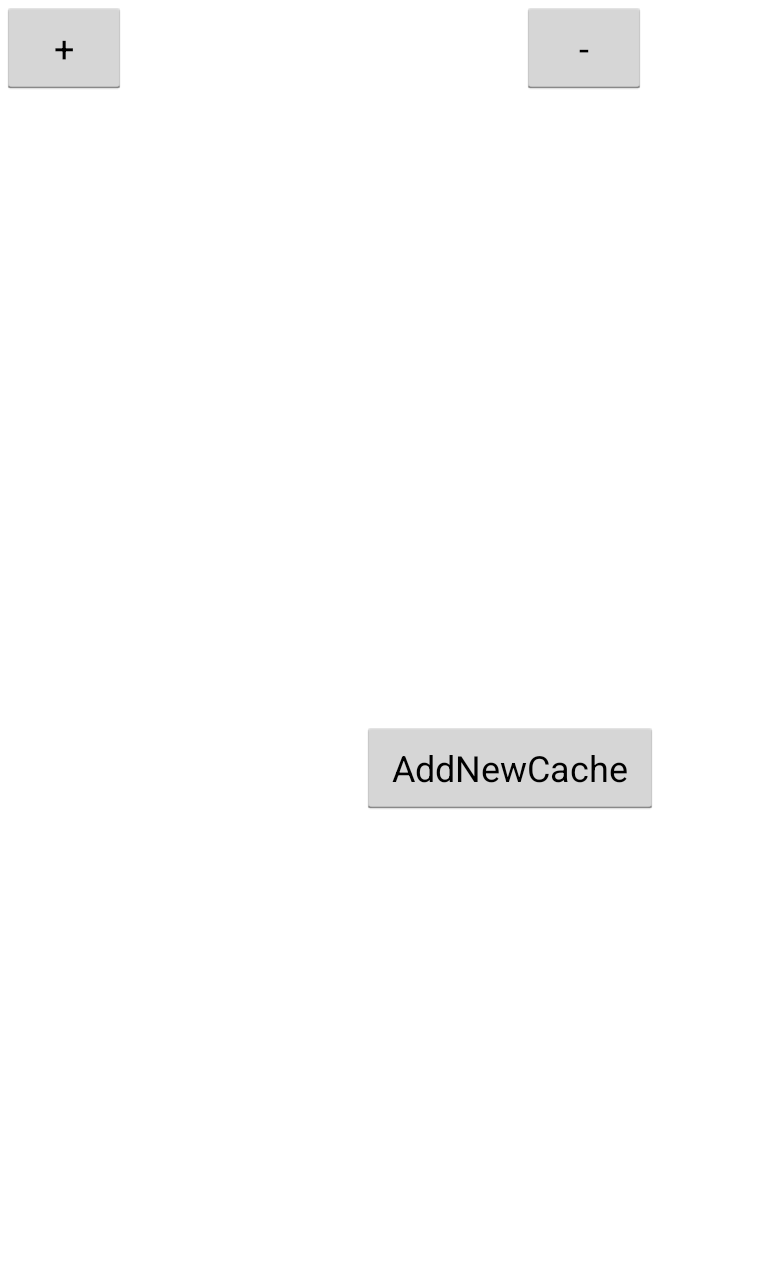
Repository: mpdehnel/seg
Layout: VectorOne/res/layout/activity_radar.xml
An editor plug-in stored every save of this project. The layout is shown before and after the next save, followed by the edit.
It is drawn on a 768 x 1280 px phone screen (xhdpi) without system bars, with theme AppTheme; the app's code is not run.

Above is the layout before, as saved 2013-03-09 16:54:27.

### VectorOne/res/layout/activity_radar.xml
<?xml version="1.0" encoding="utf-8"?>
<FrameLayout xmlns:android="http://schemas.android.com/apk/res/android"
    android:id="@+id/radar_preview"
    android:layout_width="match_parent"
    android:layout_height="match_parent" >

    <Button
        android:id="@+id/radar_zoomin"
        android:layout_width="wrap_content"
        android:layout_height="wrap_content"
        android:text="+" />

    <Button
        android:id="@+id/radar_zoomout"
        android:layout_width="wrap_content"
        android:layout_height="wrap_content"
        android:layout_marginLeft="260dp"
        android:text="-" />

    <Button
        android:id="@+id/addnewCachRadar"
        android:layout_width="150dp"
        android:layout_height="wrap_content"
        android:layout_marginLeft="180dp"
        android:layout_marginTop="360dp"
        android:text="AddNewCache" />

</FrameLayout>

Loaded but not shown: VectorOne/res/values/styles.xml (common file); VectorOne/res/values-v11/styles.xml (common file); VectorOne/res/values-v14/styles.xml (common file)

After the next save:
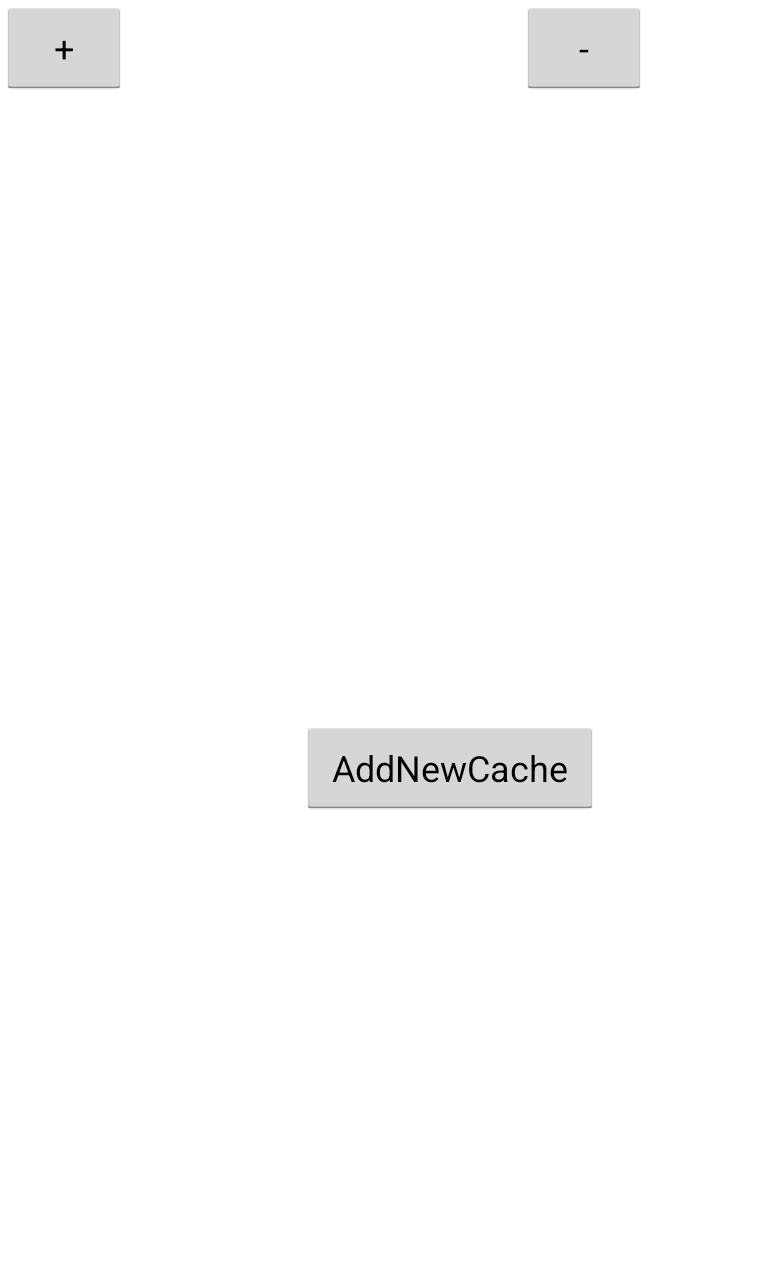
Saved 8 s later.
--- a/VectorOne/res/layout/activity_radar.xml
+++ b/VectorOne/res/layout/activity_radar.xml
@@ -21,7 +21,7 @@
         android:id="@+id/addnewCachRadar"
         android:layout_width="150dp"
         android:layout_height="wrap_content"
-        android:layout_marginLeft="180dp"
+        android:layout_marginLeft="150dp"
         android:layout_marginTop="360dp"
         android:text="AddNewCache" />
 
